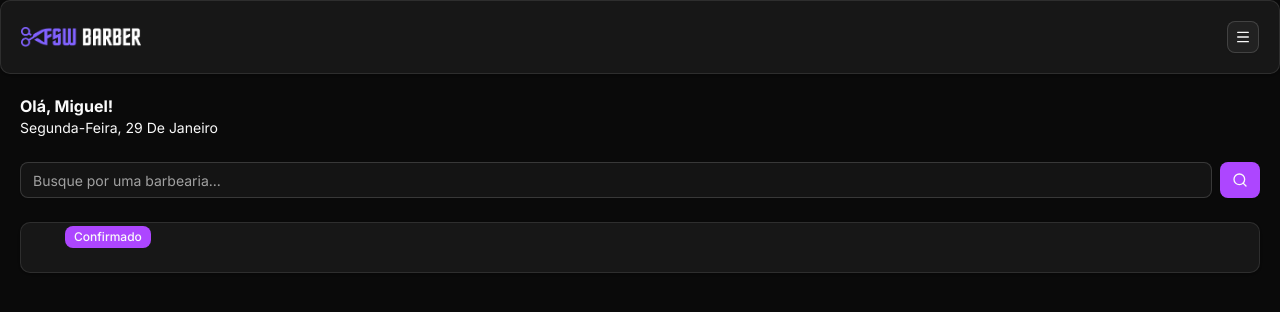
Repository: PaulinhoMachadooo/Barber
Page: /
An editor plug-in stored every save of this project. The page is shown before and after the next save, followed by the edit.
The browser window is 1280 px wide. The pictures show the whole page.
The project was rebuilt for these pictures with package versions that can differ from the ones it lists, and the page was loaded fresh each time. The framework's server and built-in components were replaced by stand-ins that run in the browser. Also part of the build but not shown: next.config.ts.

Above is the page before, as saved 2025-04-13 18:22:19.

### app/layout.tsx
import type { Metadata } from "next";
import { Inter } from "next/font/google";
import "./globals.css";


const inter = Inter({ subsets: ["latin"] });

export const metadata: Metadata = {
  title: "Create Next App",
  description: "Generated by create next app",
};

export default function RootLayout({
  children,
}: Readonly<{
  children: React.ReactNode;
}>) {
  return (
    <html lang="en">
      <body className={`${inter.className} dark`}>
        {children}

      </body>
    </html>
  );
}

### app/(home)/page.tsx
// eslint-disable-next-line @typescript-eslint/no-unused-vars
import Image from "next/image";
import Header from "../_components/header";
import { format } from "date-fns";
import { ptBR } from "date-fns/locale";
import Search from "./_components/search";
import BookingItem from "../_components/booking-item";


export default function Home() {
  return (
    <div>
      <Header />

        <div className="px-5 pt-5">
          <h2 className="tex-xl font-bold">Olá, Miguel!</h2>
          <p className="capitalize text-sm">
            {format(new Date(), "EEEE',' dd 'de' MMMM", {
                locale: ptBR,
            })}
          </p>
        </div>

        <div className="px-5 mt-6">
          <Search />
        </div>

        <div className="px-5 mt-6">
            <BookingItem />
        </div>
    </div>
  );
}

### app/globals.css
@import "tailwindcss";
@import "tw-animate-css";

@custom-variant dark (&:is(.dark *));

@theme inline {
  --color-background: var(--background);
  --color-foreground: var(--foreground);
  --font-sans: var(--font-geist-sans);
  --font-mono: var(--font-geist-mono);
  --color-sidebar-ring: var(--sidebar-ring);
  --color-sidebar-border: var(--sidebar-border);
  --color-sidebar-accent-foreground: var(--sidebar-accent-foreground);
  --color-sidebar-accent: var(--sidebar-accent);
  --color-sidebar-primary-foreground: var(--sidebar-primary-foreground);
  --color-sidebar-primary: var(--sidebar-primary);
  --color-sidebar-foreground: var(--sidebar-foreground);
  --color-sidebar: var(--sidebar);
  --color-chart-5: var(--chart-5);
  --color-chart-4: var(--chart-4);
  --color-chart-3: var(--chart-3);
  --color-chart-2: var(--chart-2);
  --color-chart-1: var(--chart-1);
  --color-ring: var(--ring);
  --color-input: var(--input);
  --color-border: var(--border);
  --color-destructive: var(--destructive);
  --color-accent-foreground: var(--accent-foreground);
  --color-accent: var(--accent);
  --color-muted-foreground: var(--muted-foreground);
  --color-muted: var(--muted);
  --color-secondary-foreground: var(--secondary-foreground);
  --color-secondary: var(--secondary);
  --color-primary-foreground: var(--primary-foreground);
  --color-primary: var(--primary);
  --color-popover-foreground: var(--popover-foreground);
  --color-popover: var(--popover);
  --color-card-foreground: var(--card-foreground);
  --color-card: var(--card);
  --radius-sm: calc(var(--radius) - 4px);
  --radius-md: calc(var(--radius) - 2px);
  --radius-lg: var(--radius);
  --radius-xl: calc(var(--radius) + 4px);
}

:root {
  --radius: 0.625rem;
  --background: oklch(1 0 0);
  --foreground: oklch(0.145 0 0);
  --card: oklch(1 0 0);
  --card-foreground: oklch(0.145 0 0);
  --popover: oklch(1 0 0);
  --popover-foreground: oklch(0.145 0 0);
  --primary: oklch(0.205 0 0);
  --primary-foreground: oklch(0.985 0 0);
  --secondary: oklch(0.97 0 0);
  --secondary-foreground: oklch(0.205 0 0);
  --muted: oklch(0.97 0 0);
  --muted-foreground: oklch(0.556 0 0);
  --accent: oklch(0.97 0 0);
  --accent-foreground: oklch(0.205 0 0);
  --destructive: oklch(0.577 0.245 27.325);
  --border: oklch(0.922 0 0);
  --input: oklch(0.922 0 0);
  --ring: oklch(0.708 0 0);
  --chart-1: oklch(0.646 0.222 41.116);
  --chart-2: oklch(0.6 0.118 184.704);
  --chart-3: oklch(0.398 0.07 227.392);
  --chart-4: oklch(0.828 0.189 84.429);
  --chart-5: oklch(0.769 0.188 70.08);
  --sidebar: oklch(0.985 0 0);
  --sidebar-foreground: oklch(0.145 0 0);
  --sidebar-primary: oklch(0.205 0 0);
  --sidebar-primary-foreground: oklch(0.985 0 0);
  --sidebar-accent: oklch(0.97 0 0);
  --sidebar-accent-foreground: oklch(0.205 0 0);
  --sidebar-border: oklch(0.922 0 0);
  --sidebar-ring: oklch(0.708 0 0);
}

.dark {
  --background: oklch(0.145 0 0);
  --foreground: oklch(0.985 0 0);
  --card: oklch(0.205 0 0);
  --card-foreground: oklch(0.985 0 0);
  --popover: oklch(0.205 0 0);
  --popover-foreground: oklch(0.985 0 0);
  --primary: oklch(0.627 0.265 303.9);
  --primary-foreground: oklch(0.985 0 0);
  --secondary: oklch(0.269 0 0);
  --secondary-foreground: oklch(0.985 0 0);
  --muted: oklch(0.269 0 0);
  --muted-foreground: oklch(0.708 0 0);
  --accent: oklch(0.269 0 0);
  --accent-foreground: oklch(0.985 0 0);
  --destructive: oklch(0.704 0.191 22.216);
  --border: oklch(1 0 0 / 10%);
  --input: oklch(1 0 0 / 15%);
  --ring: oklch(0.556 0 0);
  --chart-1: oklch(0.488 0.243 264.376);
  --chart-2: oklch(0.696 0.17 162.48);
  --chart-3: oklch(0.769 0.188 70.08);
  --chart-4: oklch(0.627 0.265 303.9);
  --chart-5: oklch(0.645 0.246 16.439);
  --sidebar: oklch(0.205 0 0);
  --sidebar-foreground: oklch(0.985 0 0);
  --sidebar-primary: oklch(0.488 0.243 264.376);
  --sidebar-primary-foreground: oklch(0.985 0 0);
  --sidebar-accent: oklch(0.269 0 0);
  --sidebar-accent-foreground: oklch(0.985 0 0);
  --sidebar-border: oklch(1 0 0 / 10%);
  --sidebar-ring: oklch(0.556 0 0);
}

@layer base {
  * {
    @apply border-border outline-ring/50;
  }
  body {
    @apply bg-background text-foreground;
  }
}

### app/_components/header.tsx
import Image from "next/image";
import { Card, CardContent } from "./ui/card"
import { Button } from "@/app/_components/ui/button";
import { MenuIcon } from "lucide-react";

const Header = () => {
    return (
        <Card>
            <CardContent className="p-5 justify-between items-center flex flex-row" >
                 <Image src="/logo.png" alt="FSW Barber" height={18} width={120} />
                 <Button variant="outline" size="icon" className="h-8 w-8">
                    <MenuIcon size={16} />
                 </Button>
            </CardContent>
        </Card>
     );
}

export default Header;

### app/(home)/_components/search.tsx
"use client";

import { Button } from "@/app/_components/ui/button";
import { Input } from "@/app/_components/ui/input";
import { SearchIcon } from "lucide-react";

const Search = () => {
    return (
        <div className="flex items-center gap-2">
           <Input placeholder="Busque por uma barbearia..."/>
           <Button variant="default" >
                <SearchIcon size={20} />
           </Button>
        </div>
     );
};

export default Search;

### app/_components/booking-item.tsx
import { Badge } from "./ui/badge";
import { Card, CardContent } from "./ui/card";


const  BookingItem = () => {
    return (
        <Card>
            <CardContent>
                <div className="px-5">
                    <Badge>Confirmado</Badge>
                </div>
            </CardContent>
        </Card>

     );
}




export default BookingItem;

### app/_components/ui/card.tsx
import * as React from "react"

import { cn } from "@/app/_lib/utils"

const Card = React.forwardRef<
  HTMLDivElement,
  React.HTMLAttributes<HTMLDivElement>
>(({ className, ...props }, ref) => (
  <div
    ref={ref}
    className={cn(
      "rounded-lg border bg-card text-card-foreground shadow-sm",
      className
    )}
    {...props}
  />
))
Card.displayName = "Card"

const CardHeader = React.forwardRef<
  HTMLDivElement,
  React.HTMLAttributes<HTMLDivElement>
>(({ className, ...props }, ref) => (
  <div
    ref={ref}
    className={cn("flex flex-col space-y-1.5 p-6", className)}
    {...props}
  />
))
CardHeader.displayName = "CardHeader"

const CardTitle = React.forwardRef<
  HTMLParagraphElement,
  React.HTMLAttributes<HTMLHeadingElement>
>(({ className, ...props }, ref) => (
  <h3
    ref={ref}
    className={cn(
      "text-2xl font-semibold leading-none tracking-tight",
      className
    )}
    {...props}
  />
))
CardTitle.displayName = "CardTitle"

const CardDescription = React.forwardRef<
  HTMLParagraphElement,
  React.HTMLAttributes<HTMLParagraphElement>
>(({ className, ...props }, ref) => (
  <p
    ref={ref}
    className={cn("text-sm text-muted-foreground", className)}
    {...props}
  />
))
CardDescription.displayName = "CardDescription"

const CardContent = React.forwardRef<
  HTMLDivElement,
  React.HTMLAttributes<HTMLDivElement>
>(({ className, ...props }, ref) => (
  <div ref={ref} className={cn("p-6 pt-0", className)} {...props} />
))
CardContent.displayName = "CardContent"

const CardFooter = React.forwardRef<
  HTMLDivElement,
  React.HTMLAttributes<HTMLDivElement>
>(({ className, ...props }, ref) => (
  <div
    ref={ref}
    className={cn("flex items-center p-6 pt-0", className)}
    {...props}
  />
))
CardFooter.displayName = "CardFooter"

export { Card, CardHeader, CardFooter, CardTitle, CardDescription, CardContent }

### app/_components/ui/button.tsx
import * as React from "react"
import { Slot } from "@radix-ui/react-slot"
import { cva, type VariantProps } from "class-variance-authority"

import { cn } from "@/app/_lib/utils"

const buttonVariants = cva(
  "inline-flex items-center justify-center gap-2 whitespace-nowrap rounded-md text-sm font-medium transition-all disabled:pointer-events-none disabled:opacity-50 [&_svg]:pointer-events-none [&_svg:not([class*='size-'])]:size-4 shrink-0 [&_svg]:shrink-0 outline-none focus-visible:border-ring focus-visible:ring-ring/50 focus-visible:ring-[3px] aria-invalid:ring-destructive/20 dark:aria-invalid:ring-destructive/40 aria-invalid:border-destructive",
  {
    variants: {
      variant: {
        default:
          "bg-primary text-primary-foreground shadow-xs hover:bg-primary/90",
        destructive:
          "bg-destructive text-white shadow-xs hover:bg-destructive/90 focus-visible:ring-destructive/20 dark:focus-visible:ring-destructive/40 dark:bg-destructive/60",
        outline:
          "border bg-background shadow-xs hover:bg-accent hover:text-accent-foreground dark:bg-input/30 dark:border-input dark:hover:bg-input/50",
        secondary:
          "bg-secondary text-secondary-foreground shadow-xs hover:bg-secondary/80",
        ghost:
          "hover:bg-accent hover:text-accent-foreground dark:hover:bg-accent/50",
        link: "text-primary underline-offset-4 hover:underline",
      },
      size: {
        default: "h-9 px-4 py-2 has-[>svg]:px-3",
        sm: "h-8 rounded-md gap-1.5 px-3 has-[>svg]:px-2.5",
        lg: "h-10 rounded-md px-6 has-[>svg]:px-4",
        icon: "size-9",
      },
    },
    defaultVariants: {
      variant: "default",
      size: "default",
    },
  }
)

function Button({
  className,
  variant,
  size,
  asChild = false,
  ...props
}: React.ComponentProps<"button"> &
  VariantProps<typeof buttonVariants> & {
    asChild?: boolean
  }) {
  const Comp = asChild ? Slot : "button"

  return (
    <Comp
      data-slot="button"
      className={cn(buttonVariants({ variant, size, className }))}
      {...props}
    />
  )
}

export { Button, buttonVariants }

### app/_components/ui/input.tsx
import * as React from "react"

import { cn } from "@/app/_lib/utils"

function Input({ className, type, ...props }: React.ComponentProps<"input">) {
  return (
    <input
      type={type}
      data-slot="input"
      className={cn(
        "file:text-foreground placeholder:text-muted-foreground selection:bg-primary selection:text-primary-foreground dark:bg-input/30 border-input flex h-9 w-full min-w-0 rounded-md border bg-transparent px-3 py-1 text-base shadow-xs transition-[color,box-shadow] outline-none file:inline-flex file:h-7 file:border-0 file:bg-transparent file:text-sm file:font-medium disabled:pointer-events-none disabled:cursor-not-allowed disabled:opacity-50 md:text-sm",
        "focus-visible:border-ring focus-visible:ring-ring/50 focus-visible:ring-[3px]",
        "aria-invalid:ring-destructive/20 dark:aria-invalid:ring-destructive/40 aria-invalid:border-destructive",
        className
      )}
      {...props}
    />
  )
}

export { Input }

### app/_components/ui/badge.tsx
import * as React from "react"
import { Slot } from "@radix-ui/react-slot"
import { cva, type VariantProps } from "class-variance-authority"

import { cn } from "@/app/_lib/utils"

const badgeVariants = cva(
  "inline-flex items-center justify-center rounded-md border px-2 py-0.5 text-xs font-medium w-fit whitespace-nowrap shrink-0 [&>svg]:size-3 gap-1 [&>svg]:pointer-events-none focus-visible:border-ring focus-visible:ring-ring/50 focus-visible:ring-[3px] aria-invalid:ring-destructive/20 dark:aria-invalid:ring-destructive/40 aria-invalid:border-destructive transition-[color,box-shadow] overflow-hidden",
  {
    variants: {
      variant: {
        default:
          "border-transparent bg-primary text-primary-foreground [a&]:hover:bg-primary/90",
        secondary:
          "border-transparent bg-secondary text-secondary-foreground [a&]:hover:bg-secondary/90",
        destructive:
          "border-transparent bg-destructive text-white [a&]:hover:bg-destructive/90 focus-visible:ring-destructive/20 dark:focus-visible:ring-destructive/40 dark:bg-destructive/60",
        outline:
          "text-foreground [a&]:hover:bg-accent [a&]:hover:text-accent-foreground",
      },
    },
    defaultVariants: {
      variant: "default",
    },
  }
)

function Badge({
  className,
  variant,
  asChild = false,
  ...props
}: React.ComponentProps<"span"> &
  VariantProps<typeof badgeVariants> & { asChild?: boolean }) {
  const Comp = asChild ? Slot : "span"

  return (
    <Comp
      data-slot="badge"
      className={cn(badgeVariants({ variant }), className)}
      {...props}
    />
  )
}

export { Badge, badgeVariants }

Loaded but not shown: app/_lib/utils.ts (common file)

After the next save:
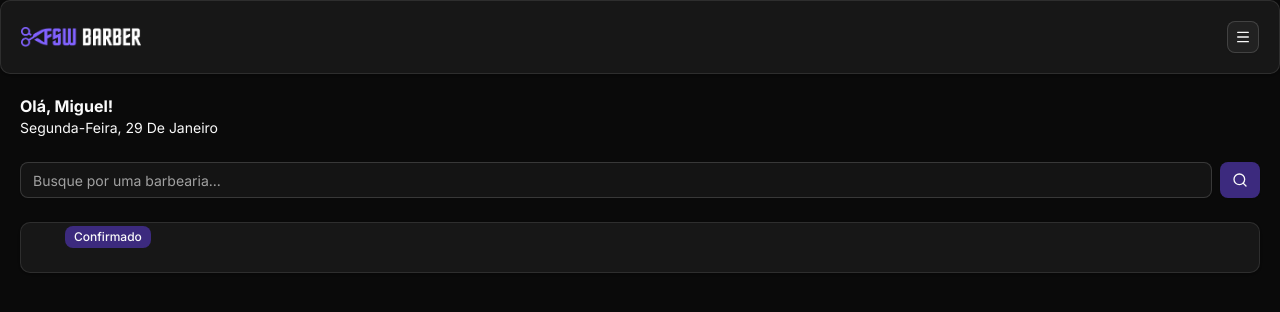
Saved 118 s later.
--- a/app/globals.css
+++ b/app/globals.css
@@ -85,7 +85,7 @@
   --card-foreground: oklch(0.985 0 0);
   --popover: oklch(0.205 0 0);
   --popover-foreground: oklch(0.985 0 0);
-  --primary: oklch(0.627 0.265 303.9);
+  --primary: oklch(0.36 0.1349 287.34);
   --primary-foreground: oklch(0.985 0 0);
   --secondary: oklch(0.269 0 0);
   --secondary-foreground: oklch(0.985 0 0);
